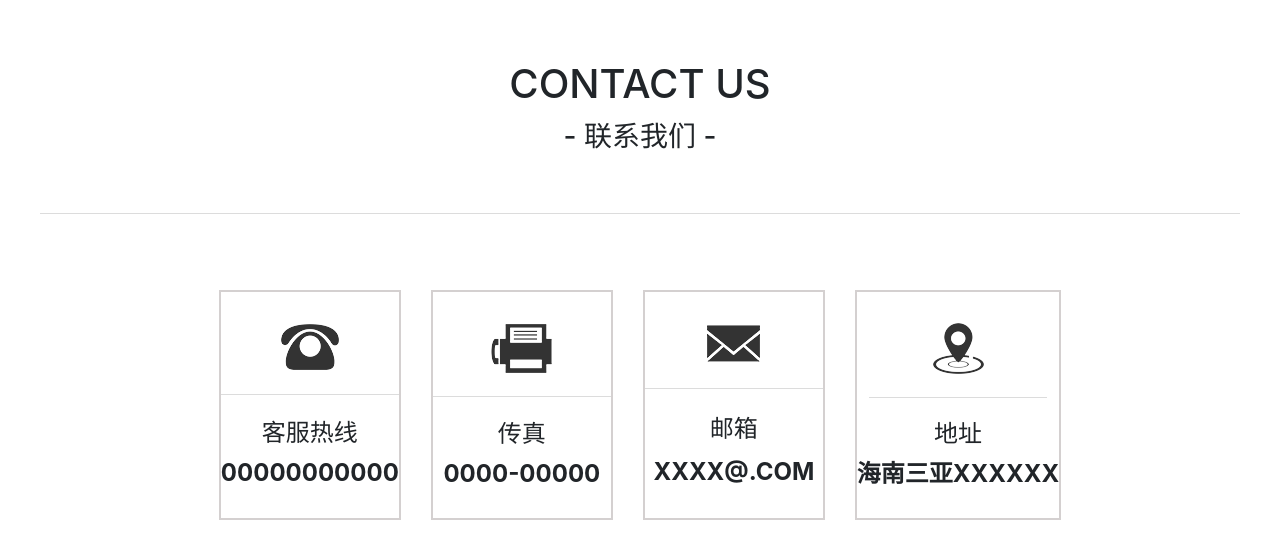
Repository: Noitom/Hadalsnailfish
Page: src/main/resources/static/html/connect.html
The author's editor kept a copy of each file at every save. The page is drawn from the files as they stood at one save, then again after the next save.
The browser window is 1280 px wide. The pictures show the whole page.

Above is the page before, as saved 2021-12-14 15:35:20.

### src/main/resources/static/html/connect.html
<!DOCTYPE html>
<html lang="zh-CN">
<head>
    <meta charset="utf-8">
    <meta http-equiv="X-UA-Compatible" content="IE=edge">
    <meta name="viewport" content="width=device-width, initial-scale=1">
    <title>深海狮子鱼</title>
    <link href="../bootstrap/css/bootstrap.min.css" rel="stylesheet">
    <link href="../css/cl-css.css" rel="stylesheet">
    <link href="../font-awesome/css/font-awesome.min.css" rel="stylesheet">
    <link href="../element/element.css" rel="stylesheet" type="text/css">
    <link href="../bootstrap/css/bootstrap-responsive.min.css" rel="stylesheet" type="text/css">
    <style>
        .el-carousel__item h3 {
            color: #475669;
            font-size: 14px;
            opacity: 0.75;
            line-height: 150px;
            margin: 0;
        }

        .el-row {
            margin-bottom: 20px;
        &:last-child {
             margin-bottom: 0;
         }
        }
        .el-col {
            border-radius: 4px;
        }
        .bg-purple-dark {
            background: #99a9bf;
        }
        .bg-purple {
            background: #d3dce6;
        }
        .bg-purple-light {
            background: #e5e9f2;
        }
        .grid-content {
            border-radius: 4px;
            min-height: 36px;
        }
        .row-bg {
            padding: 10px 0;
            background-color: #f9fafc;
        }
        .szy-contact-way{

            height: 230px;
            border: 2px solid #d4d0d0;
            padding-top: 30px;
            padding-bottom: 20px;
            margin-left: 15px;
            margin-right: 15px;
        }

    </style>
</head>
<body>
<div id="app" style="background:#fff;">
    <!--顶部导航start-->
    <!--<div class="cl-header container-fluid">-->
    <!--<div class="header-content container">-->
    <!--<nav class="navbar navbar-expand-lg navbar-light">-->
    <!--<a class="navbar-brand" href="product.html">-->
    <!--<img src="../img/szy1.png" height="110" alt="">-->
    <!--</a>-->
    <!--<button class="navbar-toggler" type="button" data-toggle="collapse" data-target="#navbarNav" aria-controls="navbarNav" aria-expanded="false" aria-label="Toggle navigation">-->
    <!--<span class="navbar-toggler-icon"></span>-->
    <!--</button>-->
    <!--<div class="collapse navbar-collapse justify-content-end" id="navbarNav">-->
    <!--<el-menu  class="el-menu-demo" mode="horizontal"  text-color="#2b2b2b" default-active="5" active-text-color="rgb(91, 146, 251)">-->
    <!--<el-menu-item index="1"> <a href="../index.html">首页</a> </el-menu-item>-->
    <!--&lt;!&ndash; <el-submenu index="2"> &ndash;&gt;-->
    <!--<el-menu-item index="2" > <a href="product.html">所有产品</a> </el-menu-item>-->
    <!--<el-menu-item index="3" > <a href="help.html">技术支持</a> </el-menu-item>-->
    <!--<el-menu-item index="4" > <a href="#">合作伙伴</a> </el-menu-item>-->
    <!--<el-menu-item index="5"><a href="connect.html">联系我们</a></el-menu-item>-->
    <!--</el-menu>-->
    <!--&lt;!&ndash; <el-menu-item index="2-1"> <a href="html/product.html">所有产品</a> </el-menu-item> &ndash;&gt;-->
    <!--&lt;!&ndash; <el-submenu index="2-2">-->
    <!--<template slot="title">应用分类</template>-->
    <!--<el-menu-item index="2-2-1">生物于微生物</el-menu-item>-->
    <!--<el-menu-item index="2-2-2">地球物理与资源</el-menu-item>-->
    <!--<el-menu-item index="2-2-3">地质与地球化学</el-menu-item>-->
    <!--<el-menu-item index="2-2-4">物理海洋规划</el-menu-item>-->
    <!--<el-menu-item index="2-2-5">水下运载潜水器</el-menu-item>-->
    <!--</el-submenu>-->
    <!--<el-submenu index="2-3">-->
    <!--<template slot="title">深度分类</template>-->
    <!--<el-menu-item index="2-3-1">300</el-menu-item>-->
    <!--<el-menu-item index="2-3-2">1500</el-menu-item>-->
    <!--<el-menu-item index="2-3-3">3000</el-menu-item>-->
    <!--<el-menu-item index="2-3-4">4500</el-menu-item>-->
    <!--<el-menu-item index="2-3-5">6000</el-menu-item>-->
    <!--<el-menu-item index="2-3-5">11000</el-menu-item>-->
    <!--</el-submenu>-->
    <!--<el-submenu index="2-4">-->
    <!--<template slot="title">海工领域</template>-->
    <!--<el-menu-item index="2-4-1">近岸工作</el-menu-item>-->
    <!--<el-menu-item index="2-4-2">深海工程</el-menu-item>-->
    <!--</el-submenu>-->
    <!--<el-submenu index="2-5">-->
    <!--<template slot="title">应用视频</template>-->
    <!--<el-menu-item index="2-5-1">典型应用影片展示与介绍</el-menu-item>-->
    <!--<el-menu-item index="2-5-2">选项2</el-menu-item>-->
    <!--<el-menu-item index="2-5-3">选项3</el-menu-item> &ndash;&gt;-->
    <!--&lt;!&ndash; </el-submenu>-->
    <!--</el-submenu>-->
    <!--<el-submenu index="3"> &ndash;&gt;-->
    <!--&lt;!&ndash; <el-menu-item index="3-1"><a href="html/help.html">技术指导</a></el-menu-item>-->
    <!--<el-menu-item index="3-2">售后服务</el-menu-item> &ndash;&gt;-->
    <!--&lt;!&ndash; </el-submenu> &ndash;&gt;-->
    <!--</div>-->
    <!--</nav>-->
    <!--</div>-->
    <!--</div>-->
    <!--顶部导航end-->
    <!--轮播图-->
    <!--<div class="" >-->
    <!--<template>-->
    <!--<div class="block">-->
    <!--<el-carousel height="300px">-->
    <!--<el-carousel-item v-for="item in imageList" :key="item">-->
    <!--<img :src="item" style="width: 100%;height:720px">-->
    <!--</el-carousel-item>-->
    <!--</el-carousel>-->
    <!--</div>-->
    <!--</template>-->
    <!--</div>-->
    <!--首页其他内容展示-->

    <div class="container-fluid">
        <div class="d-flex flex-column justify-content-around align-items-center " style="height: 600px;padding-bottom: 50px">
            <div class="d-flex flex-column justify-content-around align-items-center" style="height: 200px;">
                <div style="height: 90px; text-align: center;padding-top: 30px">
                    <h1>CONTACT US</h1>
                </div>
                <div style="height: 80px;text-align: center">
                    <h3>- 联系我们 -</h3>
                </div>
                <div style="height: 30px;">
                    <img src="../img/AD0IhdDxBBAEGAAgv7CfvgUo3Iz0ogYwsAk4AQ.png">
                </div>
            </div>
            <div class="d-flex flex-row justify-content-around align-items-center flex-wrap" style="padding-left: 50px;padding-right: 50px">
                <div class="d-flex flex-column justify-content-around align-items-center szy-contact-way" >
                    <img src="../img/AD0IhdDxBBAEGAAg0bCfvgUo47q5tAMwOjgu.png">
                    <img src="../img/AD0IhdDxBBAEGAAgz7CfvgUowOry3wcwsgE4AQ.png" style="margin-top: 20px;margin-bottom: 20px">
                    <h4>客服热线</h4>
                    <h4><b>00000000000</b></h4>
                </div>
                <div class="d-flex flex-column justify-content-around align-items-center szy-contact-way" >
                    <img src="../img/AD0IhdDxBBAEGAAgxrCfvgUo8vC3RzA9ODE.png">
                    <img src="../img/AD0IhdDxBBAEGAAgz7CfvgUowOry3wcwsgE4AQ.png" style="margin-top: 20px;margin-bottom: 20px">
                    <h4>传真</h4>
                    <h4><b>0000-00000</b></h4>
                </div>
                <div class="d-flex flex-column justify-content-around align-items-center szy-contact-way" >
                    <img src="../img/AD0IhdDxBBAEGAAgx7CfvgUosLOd0QMwNTgl.png">
                    <img src="../img/AD0IhdDxBBAEGAAgz7CfvgUowOry3wcwsgE4AQ.png" style="margin-top: 20px;margin-bottom: 20px">
                    <h4>邮箱</h4>
                    <h4><b>XXXX@.COM</b></h4>
                </div>
                <div class="d-flex flex-column justify-content-around align-items-center szy-contact-way visible-desktop" >
                    <img src="../img/AD0IhdDxBBAEGAAg0LCfvgUo4N3IKjAzODM.png">
                    <img src="../img/AD0IhdDxBBAEGAAgz7CfvgUowOry3wcwsgE4AQ.png" style="margin-top: 20px;margin-bottom: 20px">
                    <h4>地址</h4>
                    <h4><b>海南三亚XXXXXX</b></h4>
                </div>
            </div>
        </div>
    </div>

    <!--<div class="container-fluid cl-footer">-->
    <!--<div class="container">-->
    <!--<div class="row">-->
    <!--<div class="col-md-4">-->
    <!--<p class="cl-copyright">关于我们</p>-->
    <!--<p class="cl-copyright">-->
    <!--<img src="../img/formargin.webp">-->
    <!--联系电话:xxxxxx-->
    <!--</p>-->

    <!--</div>-->
    <!--<div class="col-md-4">-->
    <!--<p class="cl-copyright">关于我们</p>-->
    <!--<p class="cl-copyright">-->
    <!--<img src="../img/email.webp">-->
    <!--邮箱：xxx@.com</p>-->
    <!--</div>-->
    <!--<div class="col-md-4">-->
    <!--<p class="cl-copyright">关于我们</p>-->
    <!--<p class="cl-copyright">-->
    <!--<img src="../img/address.webp" alt="">-->
    <!--公司地址:</p>-->
    <!--</div>-->
    <!--</div>-->
    <!--<p class="cl-copyright">本设计由XXX荣誉出品</p>-->
    <!--<p class="cl-copyright">copyright @ 2017~2018 XXXXX</p>-->
    <!--</div>-->
    <!--</div>-->
</div>
<script src="../jquery/jquery.min.js"></script>
<script src="../bootstrap/js/bootstrap.min.js"></script>
<script src="../element/vue.js"></script>
<script src="../element/element.js"></script>
<script type="text/javascript">
    //配置对象 options
    new Vue({
        // 配置选项(option)
        // element: 指定用vue来管理页面中的哪个标签区域
        el: '#app',
        data: {
            isCollapse: true,
            imageList:[
                '../img/AD0IhdDxBBACGAAg87q03wUomNK66wUwgA840QU.jpg',
                '../img/AD0IhdDxBBACGAAg87q03wUokNmXkwUwgA840QU.jpg'
            ],
            message:'公司简介：XXXXXXXXXXXXX'

        },
        methods: {

        }
    });

</script>
</body>
</html>

### src/main/resources/static/css/cl-css.css
/*global*/
body{
    background-color: #f4f4f4;
}

a{
    display: block;
    color:#333;
    font-size: 16px;
    font-family: 微软雅黑;
}
a:hover{
    color:#076ce0;
    text-decoration: none;
}
/*header*/
.cl-header {
    background-color: #fff;
    /*height: 80px;*/
    /*line-height: 80px;*/
    /*box-shadow:0 5px 15px rgba(153, 153, 153, 0.1)!*添加阴影*!*/
}
.header-content{
    position: relative;
}

@media (min-width: 992px){
    .navbar-expand-lg .navbar-nav .nav-link {
        padding-right: 1rem;
        padding-left: 1rem;
    }
}
.navbar-toggler:not(:disabled):not(.disabled):focus{
    outline: none;
}
.navbar{
    padding:0;
}
.navbar-light .navbar-nav .active>.nav-link{
    color: #333;
    font-weight: bold;
    display: inline-block;
    padding: 0 20px;
}
.navbar-light .navbar-nav .active>.nav-link:hover{
    color: #076ce0;
}

.nav .nav-item a.active{
    color: #076ce0;
    font-weight: bold;
}

.navbar .navbar-brand img{
    max-width: 100%;
    max-height: 100%;
}
.recommend-index{
    margin-bottom:20px;
}



/*footer*/
.cl-footer{
    background-color: #2d3e50;
    text-align: center;
    padding:2rem 0 1rem 0;
    /* margin:1rem 0 1rem 0; */
    border-top:1px solid #f1f1f1;
    /*margin-left: 10px;*/

}
.cl-footer-link a{
    font-size:20px;
    padding:1rem 0;
    color:#666;
}

.cl-copyright{
    color:#666;
    font-size:14px;
    line-height:0.8em;

}

.text-primary{
    text-align: right;
}
.text-primary a{
    font-size:14px;
    color:#666;
}
@media (min-width: 576px){
    .ll-panel{
        max-width: 30%;
    }
}

/*recommend aritical*/
.recommend-panel{
    margin:20px 0;
}
.recommend-panel a.recommend-panel-link{
    display: block;
}
.recommend-panel-bottom{
    padding:0.5rem;
    font-size:14px;
}
.ll-title{
    margin:3rem 0 1rem 0;
    color:#333;
}
.recommend-panel-top{
    overflow: hidden;
    height: 12rem;
}

.recommend-panel-top img,.recommend-item img,.cl-card-image img{
    width: 100%;
    max-width: 100%;
    transition:0.4s ease-out;
    -webkit-transition:0.4s ease-out;
    -moz-transition:0.4s ease-out;
    -o-transition:0.4s ease-out;
}
.recommend-panel-top img:hover,.recommend-item img:hover,.cl-card-image img:hover{
    transform: scale(1.1, 1.1);
    -webkit-transform: scale(1.1, 1.1);
    -o-transform: scale(1.1, 1.1);
    -moz-transform: scale(1.1, 1.1);
}
/* 第二模块 */
.jumbotron-one{
    height: 650px;
    position: relative;
}
.szy-tow {
    height: 600px;
    width: 300px;
    position: absolute;
    left: 30%;
    top: 50%;
    transform: translate(-50%)
    translatey(-50%)

}
.szy-tow p{
    font-size: 20px;
    font-family: 微软雅黑;
}
.szy-tow span {
    font-size: 13px;
    font-family: 微软雅黑;
}
.szy-tow-one {
    height: 600px;
    width: 500px;
    position: absolute;
    left: 50%;
    top: 5%;
    background: url(cssimg/szy1.png) no-repeat;
}
/* .container-tow{
    width:1200px;
    height: 291px;
    position: absolute;
    left: 50%;
    top: 50%;
    transform: translate(-50%)
    translatey(-50%);
}
.word{
    font-size: 30px;
    font-family: 微软雅黑;
    color: blue;
    font-weight:bold ;
    max-width: 750px;
    padding: 20px 75px 20px 75px;
    margin: 10px;
    line-height: 90px;
}
.word-1{
    width: 500px;
    height: 150px;
    position: absolute;
    left: 7%;
    top: 30%;
    /* transform: translate(-50%)
    translatey(-50%); */
/* } */
/* .word-i span{
    font-size: 16px;
    font-family: 微软雅黑;
    color: black;
    padding: 0px 90px;
    left: 50%;
}
.image-1{
    width: 388px;
    height: 388px;
    position: absolute;
    left: 75%;
    top: 50%;
    transform: translate(-50%)
    translatey(-50%);
}
.image-2{
    width: 65px;
    height: 65px;
    position: absolute;
    left: 10%;
    top: 100%;
    transform: translate(-50%)
    translatey(-50%);
}
.but-1{
    width: 120px;
    height: 65px;
    background: #5d94fb;
    position: absolute;
    left: 90%;
    top: 55%;
    transform: translate(-50%)
    translatey(-50%);
    cursor: default;
}
.but-1 a{
    height: 100px;
    text-decoration: none;
    font-size: 16px;
    line-height: 63px;
    text-align: center;
    color: #fff;
    position: absolute;
    left: 50%;
    top: 70%;
    transform: translate(-50%)
    translatey(-50%);
}
.but-2{
    width: 80px;
    height: 65px;
    background: #2a5cb9;
    position: absolute;
    left: 98%;
    top: 55%;
    transform: translate(-50%)
    translatey(-50%);
    cursor: default;
}
.but-2 span{
    height: 100px;
    text-decoration: none;
    font-size: 40px;
    line-height: 63px;
    text-align: center;
    color: #fff;
    position: absolute;
    left: 50%;
    top: 70%;
    transform: translate(-50%)
    translatey(-50%);
} */
/* 产品介绍界面*/
.jumbotron-i{
    height: 670px;
    position: relative;
}
.container-i{
    width: 320px;
    height: 96px;
    margin:0 auto;
    position: absolute;
    left: 30%;
    top: 20%;
    transform: translate(-50%)
    translatey(-50%);
}
.container-i span{
    font-size: 30px;
    color: rgb(51, 129, 255);
    font-weight:bold;
    font-family: 微软雅黑;
}
.mod_service{
    width: 1800px;
    height: 400px;
}
.mod_service ul li{
    float: left;
    width: 300px;
    height: 300px;
}
.mod_service ul li h5{
    float: left;
    width: 280px;
    height: 280px;
}
.mod_service ul li h4{
    float: left;
    width: 280px;
    height: 280px;
}
.mod_service ul li p{
    float: left;
    width: 280px;
    height: 280px;
}

/*字体*/
.szy-yahei{
    font-family: 微软雅黑;
}

.szy-yahei-22px-blue{
    font-family: 微软雅黑;
    font-size: 22px;
    color: rgb(91, 146, 251);
    margin-bottom: 0
}

.szy-yahei-18px-white{
    font-family: 微软雅黑;
    color: rgb(255, 255, 255);
    font-size: 18px;
    margin-bottom: 0
}

.szy-yahei-16px-white{
    font-family: 微软雅黑;
    color: rgb(255, 255, 255);
    font-size: 16px;
    margin-bottom: 0
}

.szy-index-img{
    height: 250px;
    width: 250px
}

.szy-end-padding{
    padding: 5px;
}

Loaded but not shown: src/main/resources/static/bootstrap/css/bootstrap.min.css (library); src/main/resources/static/font-awesome/css/font-awesome.min.css (library); src/main/resources/static/element/element.css (library); src/main/resources/static/bootstrap/css/bootstrap-responsive.min.css (library); src/main/resources/static/jquery/jquery.min.js (library); src/main/resources/static/bootstrap/js/bootstrap.min.js (library); src/main/resources/static/element/vue.js (library); src/main/resources/static/element/element.js (library)

After the next save:
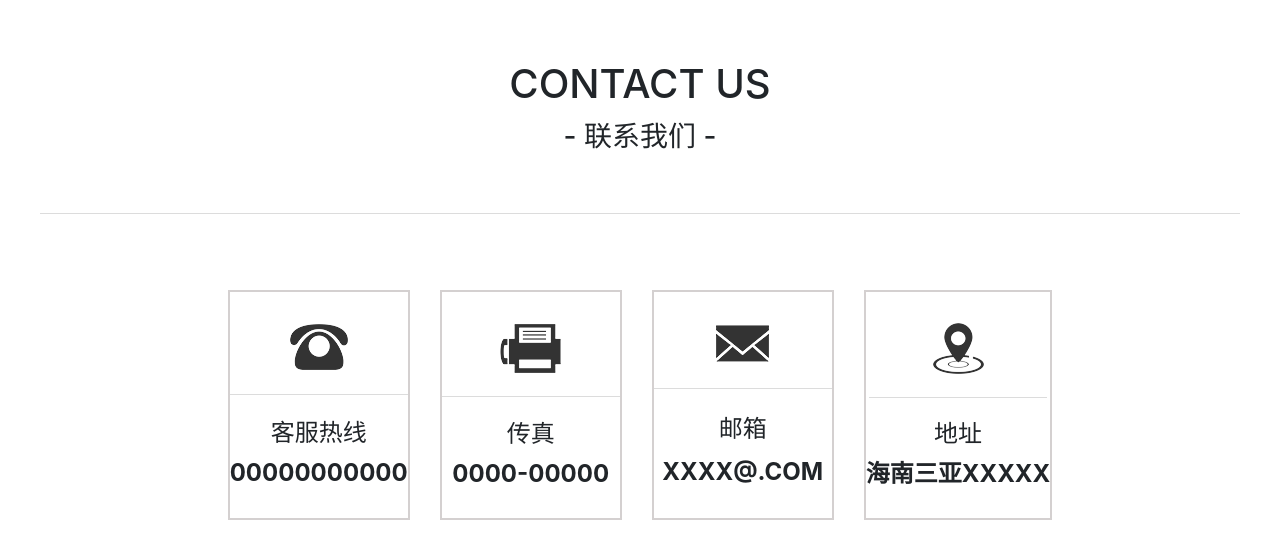
Saved 60 s later.
--- a/src/main/resources/static/html/connect.html
+++ b/src/main/resources/static/html/connect.html
@@ -167,7 +167,7 @@
                     <img src="../img/AD0IhdDxBBAEGAAg0LCfvgUo4N3IKjAzODM.png">
                     <img src="../img/AD0IhdDxBBAEGAAgz7CfvgUowOry3wcwsgE4AQ.png" style="margin-top: 20px;margin-bottom: 20px">
                     <h4>地址</h4>
-                    <h4><b>海南三亚XXXXXX</b></h4>
+                    <h4><b>海南三亚XXXXX</b></h4>
                 </div>
             </div>
         </div>
